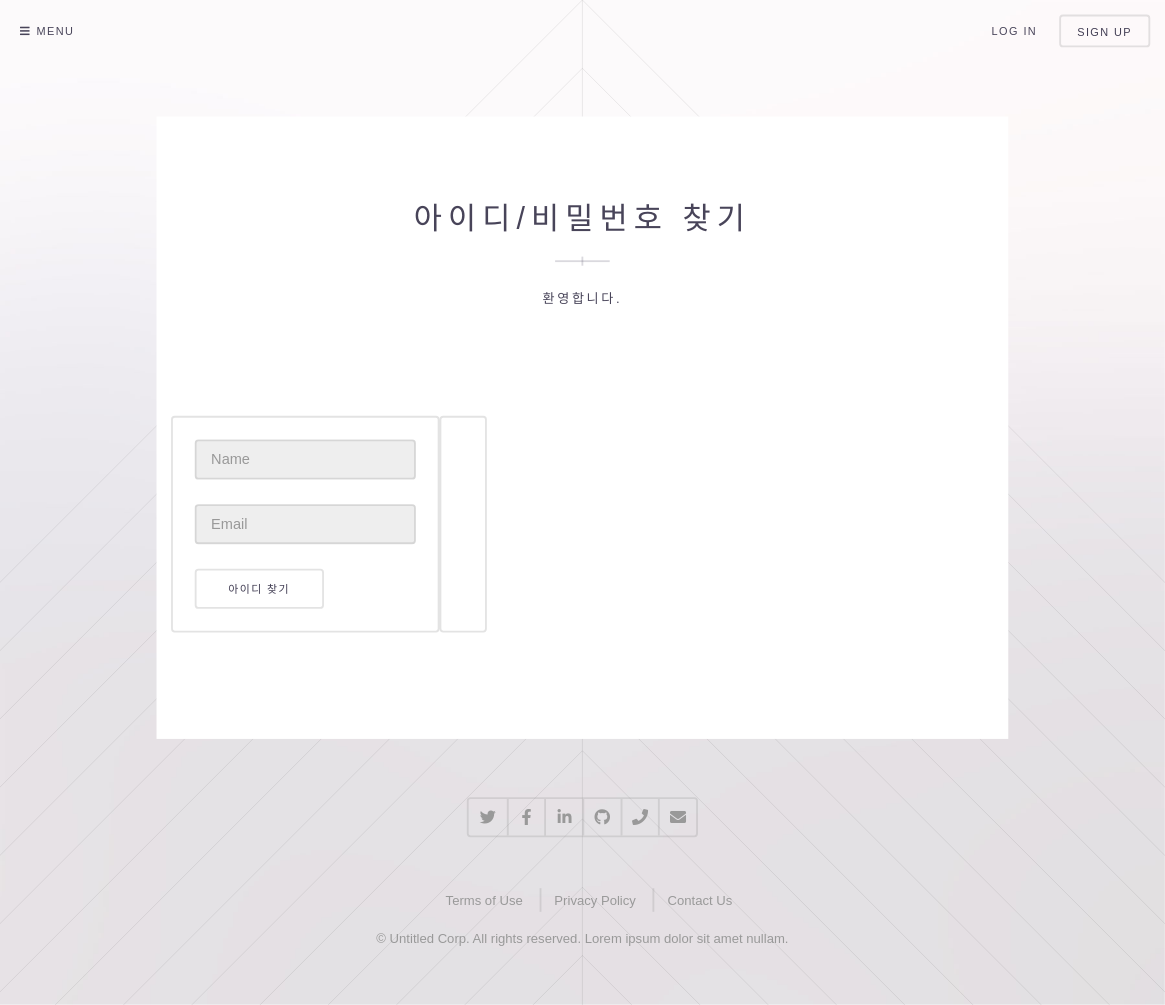
Repository: WKMoon/JavaScript-Project
Page: myFront/WebContent/find.html
The author's editor kept a copy of each file at every save. The page is drawn from the files as they stood at one save, then again after the next save.
The browser window is 1280 px wide. The pictures show the whole page, at 91% of full size.
Some web fonts or font styles are not loaded; a fallback is used.

Above is the page before, as saved 2021-02-25 08:09:36.

After the next save:
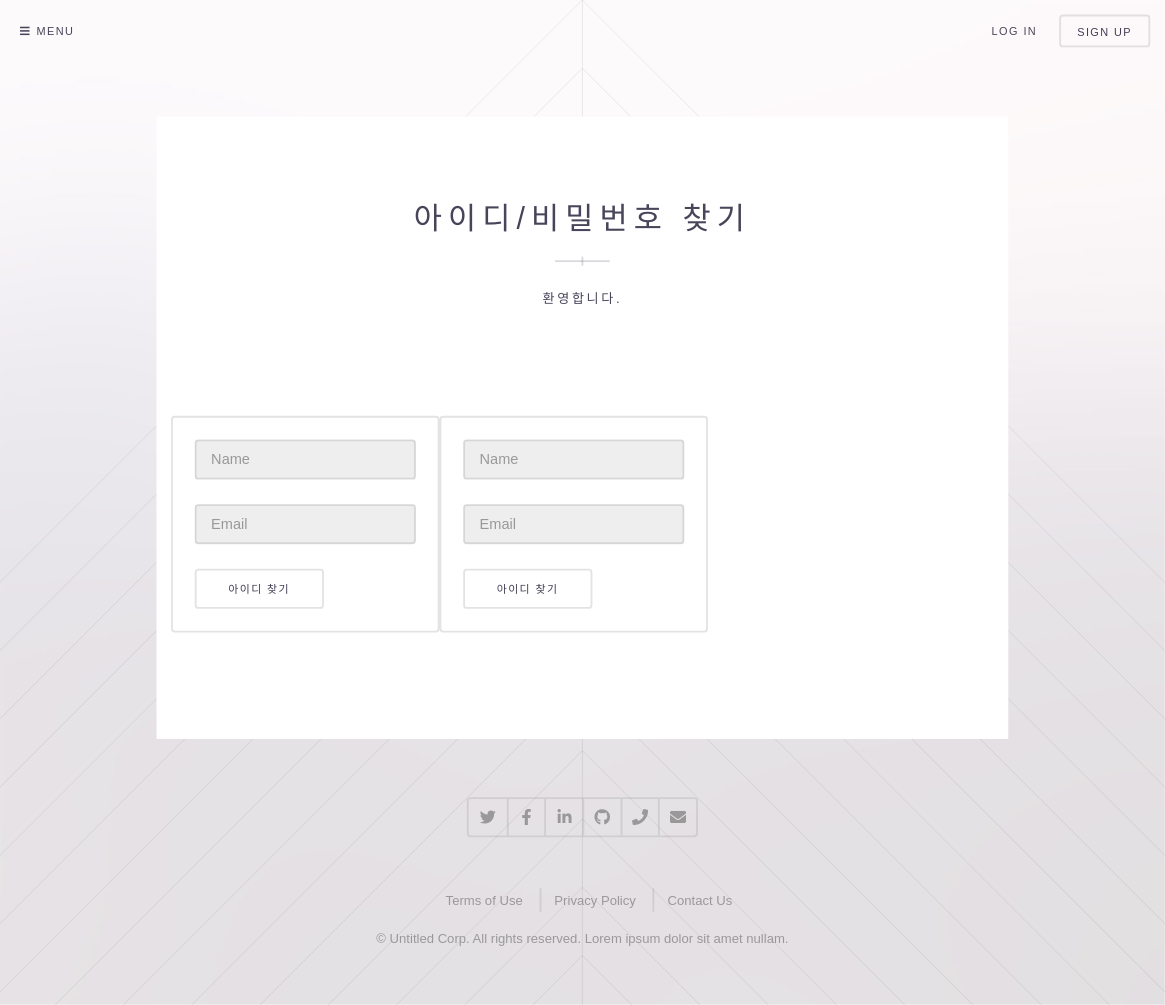
Saved 14 s later.
--- a/myFront/WebContent/find.html
+++ b/myFront/WebContent/find.html
@@ -56,6 +56,13 @@
 												</div>
 
 													<div class="box">
+													<div class="col-6 col-12-xsmall">
+														<input type="text" name="name" id="name" value="" placeholder="Name" />
+													</div>
+													<div class="col-6 col-12-xsmall">
+														<input type="email" name="email" id="email" value="" placeholder="Email" />
+													</div>
+													<button>아이디 찾기</button>
 													</div>
 											</div>
 										</form>
